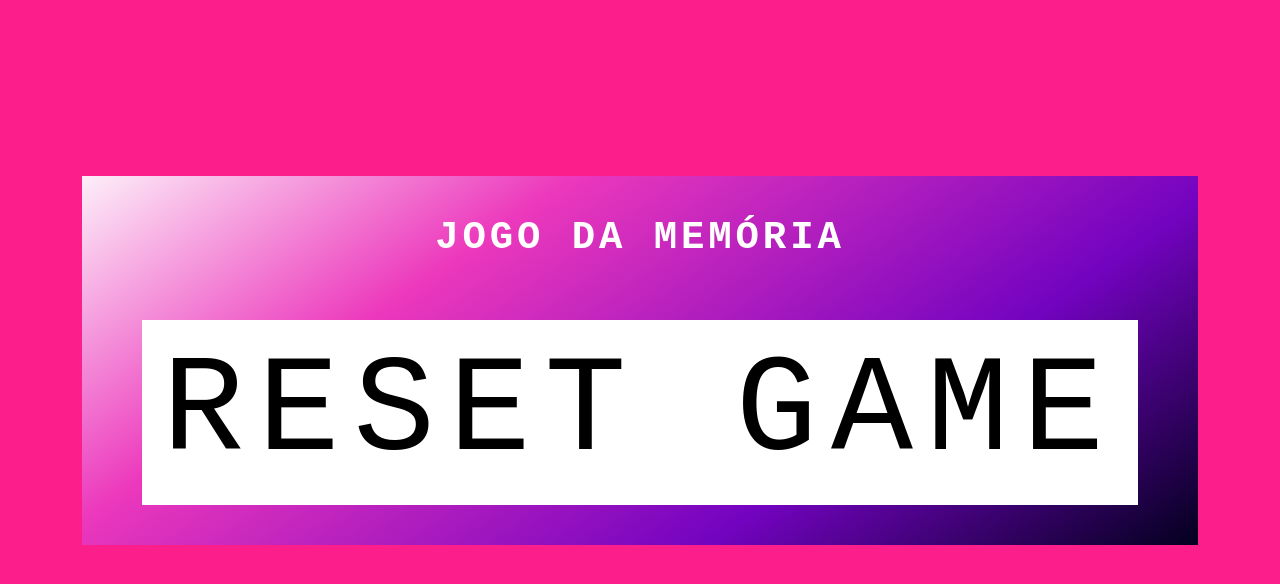
Repository: Zoemateus324/memory-game
Page: index.html
The author's editor kept a copy of each file at every save. The page is drawn from the files as they stood at one save, then again after the next save.
The browser window is 1280 px wide. The pictures show the whole page.

Above is the page before, as saved 2024-11-27 08:20:52.

### index.html
<!DOCTYPE html>
<html lang="pt-br">

<head>
    <meta charset="UTF-8">
    <meta name="viewport" content="width=device-width, initial-scale=1.0">
    <title>Memory Game</title>
    <link rel="stylesheet" href="./src/styles/reset.css">
    <link rel="stylesheet" href="./src/styles/main.css">
</head>

<body>
    <div class="container">
        <h2>Jogo da Memória</h2>
        <div class="game">

        </div>
        <button class="reset" onclick="window.location.reload()">RESET GAME</button>
    </div>



    <script src="./src/scripts/engine.js" defer></script>
</body>

</html>

### src/styles/reset.css
*{
    margin:0;
    padding:0;
    outline:none;
    box-sizing:border-box;
    font-family:monospace;
}

### src/styles/main.css
body{
    display:flex;
    justify-content:center;
    align-items:center;
    min-height:100vh;
    background:#fc1e8a;
}


.container{
    position:relative;
    display:flex;
    flex-direction:column;
    justify-content:center;
    align-items:center;
    gap:30px;
    background:linear-gradient(
        325deg,
        #03001e 0%,
        #7303c0 30%,
        #ec38bc 70%,
        #fdeff9 100%
    );
    padding:40px 60px;
}


h2{
    font-size:3em;
    color: #fff;
    text-transform:uppercase;
    letter-spacing:0.1em;
}


.reset{
    padding:15px 20px;
    width:100%;
    color:#000;
    background-color:#fff;
    border:none;
    font-size:10.5em;
    letter-spacing:0.1em;
}

Loaded but not shown: src/scripts/engine.js (no stored copy; drawn as an empty file)

After the next save:
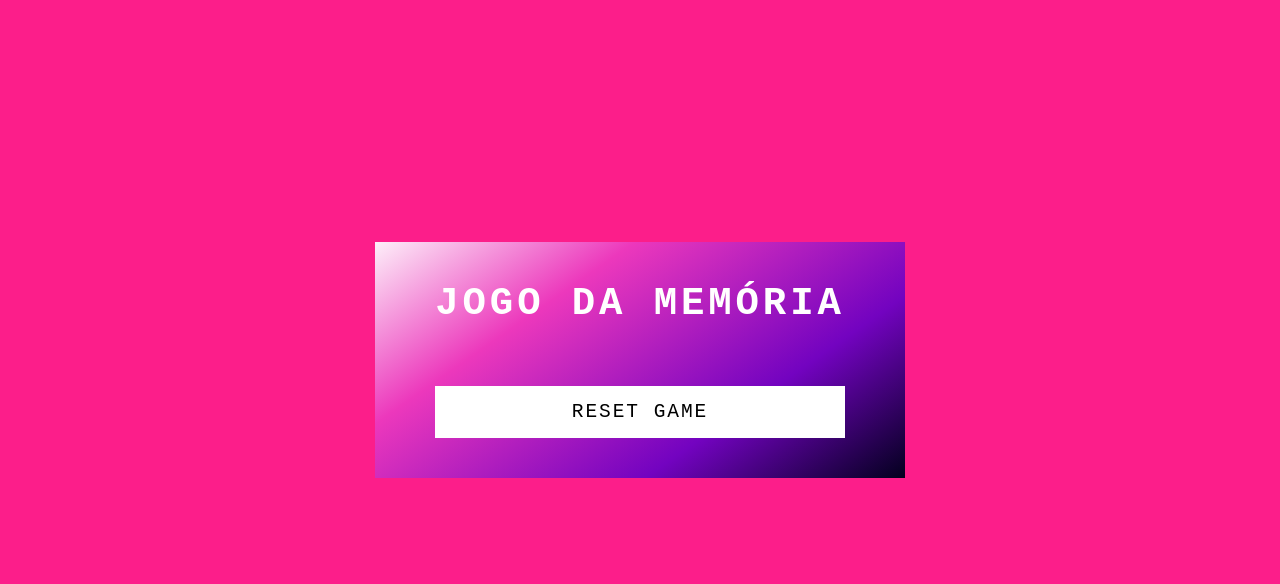
Saved 9 s later.
--- a/src/styles/main.css
+++ b/src/styles/main.css
@@ -39,6 +39,6 @@ h2{
     color:#000;
     background-color:#fff;
     border:none;
-    font-size:10.5em;
+    font-size:1.5em;
     letter-spacing:0.1em;
 }
